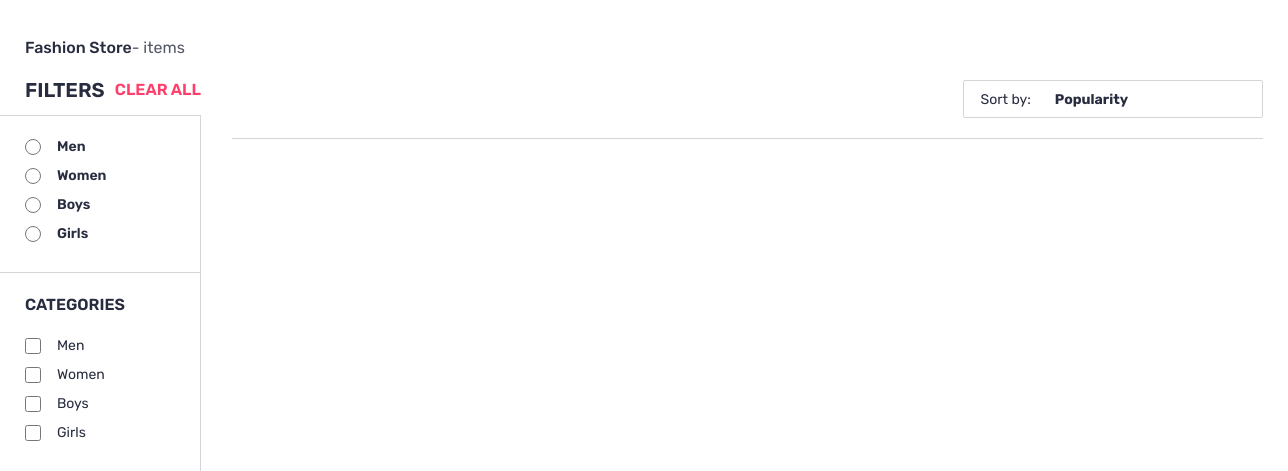
Repository: litaiqiang1407/Khanh-FashionStore
Page: /
An editor plug-in stored every save of this project. The page is shown before and after the next save, followed by the edit.
The browser window is 1280 px wide. The page is 1288 px wide, so the pictures cover 1288 px, including what lies to the right of the window. The pictures show the part of the page from y = 1080 to 1551 px (the page is 1551 px tall).
The page's requests for data from a server got no answer. The project was rebuilt for these pictures with package versions that can differ from the ones it lists, and the page was loaded fresh each time. No one was signed in, and anything a server would have sent is missing.

Above is the page before, as saved 2024-04-14 08:29:26.

### public/index.html
<!DOCTYPE html>
<html lang="en">
  <head>
    <meta charset="utf-8" />
    <link
      rel="icon"
      href="https://cdn.dribbble.com/userupload/7899795/file/original-7c498c1b6e9bb43ac93fe5918fafdf99.jpg?resize=1200x1200"
    />
    <meta name="viewport" content="width=device-width, initial-scale=1" />
    <title>Fashion Store</title>
    <link
      href="https://cdn.jsdelivr.net/npm/bootstrap@5.3.3/dist/css/bootstrap.min.css"
      rel="stylesheet"
      integrity="sha384-QWTKZyjpPEjISv5WaRU9OFeRpok6YctnYmDr5pNlyT2bRjXh0JMhjY6hW+ALEwIH"
      crossorigin="anonymous"
    />
  </head>
  <body>
    <div id="root"></div>
    <script
      src="https://cdn.jsdelivr.net/npm/bootstrap@5.3.3/dist/js/bootstrap.bundle.min.js"
      integrity="sha384-YvpcrYf0tY3lHB60NNkmXc5s9fDVZLESaAA55NDzOxhy9GkcIdslK1eN7N6jIeHz"
      crossorigin="anonymous"
    ></script>
  </body>
</html>

### src/index.js
import React from "react";
import ReactDOM from "react-dom/client";

import App from "./App";
import reportWebVitals from "./reportWebVitals";
import { GlobalStyles } from "./components";

const root = ReactDOM.createRoot(document.getElementById("root"));
root.render(
  <React.StrictMode>
    <GlobalStyles>
      {" "}
      <App />
    </GlobalStyles>
  </React.StrictMode>
);

// If you want to start measuring performance in your app, pass a function
// to log results (for example: reportWebVitals(console.log))
// or send to an analytics endpoint. Learn more: https://bit.ly/CRA-vitals
reportWebVitals();

### src/App.js
import { BrowserRouter as Router, Routes, Route } from "react-router-dom";
import { publicRoutes } from "./routes";
import { Fragment } from "react";

function App() {
  return (
    <Router>
      <div className="App">
        <Routes>
          {publicRoutes.map((route, index) => {
            let Layout = route.layout;
            let MiniLayout = route.miniLayout;

            if (!route.layout) {
              Layout = Fragment;
            }

            if (!route.miniLayout) {
              MiniLayout = Fragment;
            }

            const Page = route.component;
            return (
              <Route
                key={index}
                path={route.path}
                element={
                  <Layout>
                    <MiniLayout>
                      <Page />
                    </MiniLayout>
                  </Layout>
                }
              />
            );
          })}
        </Routes>
      </div>
    </Router>
  );
}

export default App;

### src/components/index.js
export { default as GlobalStyles } from "./GlobalStyles";

### src/routes/index.js
import { UserLayout } from "~/components/Layout";
import { Home } from "~/pages";

const publicRoutes = [
  {
    path: "/",
    component: Home,
    layout: UserLayout,
  },
];

const privateRoutes = [];

export { publicRoutes, privateRoutes };

### src/components/Layout/index.js
export { default as UserLayout } from "./UserLayout";

### src/components/GlobalStyles/GlobalStyles.scss
@import "normalize.css";
@import url("https://fonts.googleapis.com/css2?family=Rubik:ital,wght@0,300..900;1,300..900&display=swap");

:root {
  --black: #000;
  --white: #fff;
  --gray: #f5f5f6;
  --primary-color: #ff3e6c;
  --primary-text-color: #282c3f;
  --secondary-text-color: #535766;
  --primary-border-color: #d4d5d9;
  --price: #ff3e6c;
}

* {
  box-sizing: border-box;
}

html {
  font-size: 62.5%;
}

body {
  font-family: "Rubik", sans-serif;
  font-size: 1.6rem;
  line-height: 1.5;
  text-rendering: optimizeSpeed;
}

body::-webkit-scrollbar {
  display: none;
}

button,
input,
[tabindex] {
  border: none;
  outline: none;
  &:focus {
    outline: none;
  }
}

a[href] {
  text-decoration: none;
  color: var(--text-black-color);
}

ul {
  list-style-type: none;
  padding: 0;
  margin: 0;
}

### src/components/Layout/UserLayout/index.js
import { Header } from "../Components";

function UserLayout({ children }) {
  return (
    <div>
      <Header />
      {children}
    </div>
  );
}

export default UserLayout;

### src/pages/Home/index.js
import Banner from "./Banner";
import Products from "./Products";

function Home() {
  return (
    <div>
      <Banner />
      <Products />
    </div>
  );
}

export default Home;

### src/pages/Home/Banner/index.js
import { Carousel, Container, Image } from "react-bootstrap";

import classNames from "classnames/bind";
import styles from "./Banner.module.scss";

const cx = classNames.bind(styles);

function Banner() {
  return (
    // <div className={cx("banner")}>
    //   <Image
    //     className={cx("banner-img")}
    //     src="https://assets.myntassets.com/f_webp,w_980,c_limit,fl_progressive,dpr_2.0/assets/images/2022/7/25/9be788ff-39a4-4214-99d0-fc97505aae5a1658752545685-USPA_Desk_Banner.jpg"
    //   />
    // </div>
    <Carousel className={cx("banner")}>
      <Carousel.Item interval={1000}>
        <Image
          className={cx("banner-img")}
          src="https://assets.myntassets.com/f_webp,w_980,c_limit,fl_progressive,dpr_2.0/assets/images/2022/7/25/9be788ff-39a4-4214-99d0-fc97505aae5a1658752545685-USPA_Desk_Banner.jpg"
        />
      </Carousel.Item>
      <Carousel.Item interval={1000}>
        <Image
          className={cx("banner-img")}
          src="https://assets.myntassets.com/f_webp,w_980,c_limit,fl_progressive,dpr_2.0/assets/images/2022/7/25/b656a7f4-4688-4997-bb7c-54b78793981e1658752386588-Western-Wear_Desk.jpg"
        />
      </Carousel.Item>
      <Carousel.Item interval={1000}>
        <Image
          className={cx("banner-img")}
          src="https://assets.myntassets.com/f_webp,w_980,c_limit,fl_progressive,dpr_2.0/assets/images/2022/5/31/4031994d-9092-4aa7-aea1-f52f2ae5194f1654006594976-Activewear_DK.jpg"
        />
      </Carousel.Item>
    </Carousel>
  );
}

export default Banner;

### src/pages/Home/Products/index.js
import { useEffect, useState } from "react";
import { interactData } from "~/functions/interactData";

import classNames from "classnames/bind";
import styles from "./Products.module.scss";
import { Col, Form, Row } from "react-bootstrap";
import { Link } from "react-router-dom";
const cx = classNames.bind(styles);

function Products() {
  const [products, setProducts] = useState([]);
  const [displayedProducts, setDisplayedProducts] = useState(20);
  const productsURL = "http://localhost/fashion-store/api/Products.php";

  useEffect(() => {
    interactData(productsURL, "GET", null, setProducts);
  }, []);

  const loadMoreProducts = () => {
    setDisplayedProducts(displayedProducts + 20);
  };
  return (
    <div className={cx("products")}>
      <div className={cx("header")}>
        <h1 className={cx("header-title")}>Fashion Store</h1>
        <span className={cx("header-count")}>{` - items`}</span>
      </div>
      <div className={cx("body")}>
        <Row>
          <Col lg={2} className={cx("filter")}>
            <div className={cx("filter-header")}>
              <span className={cx("filter-header__title")}>FILTERS</span>
              <span className={cx("filter-header__clear")}>CLEAR ALL</span>
            </div>
            <div className={cx("filter-body")}>
              <div className={cx("filter-gender")}>
                <ul className={cx("gender-list")}>
                  <li className={cx("gender-item")}>
                    <label className={cx("item-label")}>
                      <input
                        name="gender-item"
                        type="radio"
                        className={cx("item-input")}
                      />
                      <span className={cx("item-value")}>Men</span>
                    </label>
                  </li>
                  <li className={cx("gender-item")}>
                    <label className={cx("item-label")}>
                      <input
                        name="gender-item"
                        type="radio"
                        className={cx("item-input")}
                      />
                      <span className={cx("item-value")}>Women</span>
                    </label>
                  </li>
                  <li className={cx("gender-item")}>
                    <label className={cx("item-label")}>
                      <input
                        name="gender-item"
                        type="radio"
                        className={cx("item-input")}
                      />
                      <span className={cx("item-value")}>Boys</span>
                    </label>
                  </li>
                  <li className={cx("gender-item")}>
                    <label className={cx("item-label")}>
                      <input
                        name="gender-item"
                        type="radio"
                        className={cx("item-input")}
                      />
                      <span className={cx("item-value")}>Girls</span>
                    </label>
                  </li>
                </ul>
              </div>
              <div className={cx("filter-category")}>
                <span className={cx("category-title")}>CATEGORIES</span>
                <ul className={cx("category-list")}>
                  <li className={cx("category-item")}>
                    <label className={cx("item-label")}>
                      <input
                        name="category-item"
                        type="checkbox"
                        className={cx("item-input")}
                      />
                      <span className={cx("item-value")}>Men</span>
                    </label>
                  </li>
                  <li className={cx("category-item")}>
                    <label className={cx("item-label")}>
                      <input
                        name="category-item"
                        type="checkbox"
                        className={cx("item-input")}
                      />
                      <span className={cx("item-value")}>Women</span>
                    </label>
                  </li>
                  <li className={cx("category-item")}>
                    <label className={cx("item-label")}>
                      <input
                        name="category-item"
                        type="checkbox"
                        className={cx("item-input")}
                      />
                      <span className={cx("item-value")}>Boys</span>
                    </label>
                  </li>
                  <li className={cx("category-item")}>
                    <label className={cx("item-label")}>
                      <input
                        name="category-item"
                        type="checkbox"
                        className={cx("item-input")}
                      />
                      <span className={cx("item-value")}>Girls</span>
                    </label>
                  </li>
                </ul>
              </div>
            </div>
          </Col>
          <Col lg={10} className={cx("product")}>
            <div className={cx("product-header")}>
              <div className={cx("sort-by")}>
                <span className={cx("sort-by__title")}>Sort by:</span>
                <span className={cx("sort-by__value")}>Popularity</span>
              </div>
            </div>
            <div className={cx("product-body")}>
              <ul className={cx("product-list")}>
                {products.slice(0, displayedProducts).map((product) => (
                  <li className={cx("product-item")} key={product.ID}>
                    <Link to="/product/1" className={cx("item-link")}>
                      <img
                        src={product.Image}
                        alt={product.Name}
                        className={cx("product-img")}
                        loading="lazy" // lazy load images
                      />
                      <div className={cx("product-info")}>
                        <p className={cx("product-brand")}>{product.Brand}</p>
                        <p className={cx("product-name")}>{product.Name}</p>
                        <p className={cx("product-price")}>${product.Price}</p>
                      </div>
                    </Link>
                  </li>
                ))}
              </ul>
            </div>
          </Col>
        </Row>
      </div>
    </div>
  );
}

export default Products;

### src/components/Layout/Components/Header/index.js
import classNames from "classnames/bind";
import styles from "./Header.module.scss";
import { Col, Container, Navbar, Row, Nav } from "react-bootstrap";
import { Link } from "react-router-dom";
import { FontAwesomeIcon } from "@fortawesome/react-fontawesome";
import {
  faBagShopping,
  faHeart,
  faMagnifyingGlass,
  faUser,
} from "@fortawesome/free-solid-svg-icons";

const cx = classNames.bind(styles);

function Header() {
  return (
    <header className={cx("header")}>
      <Container className={cx("header-container")}>
        <Row className={cx("header-row")}>
          <Col lg={6} className={cx("header-col")}>
            <Navbar style={{ padding: 0 }}>
              <Navbar.Brand href="/" className={cx("header-logo")}>
                <img
                  src="https://cdn.dribbble.com/userupload/7899795/file/original-7c498c1b6e9bb43ac93fe5918fafdf99.jpg?resize=1200x1200"
                  alt="Logo"
                  className={cx("logo")}
                />
              </Navbar.Brand>
              <Navbar expand="lg" className={cx("navbar-header")}>
                <Nav className="mx-auto" style={{ height: "80px" }}>
                  <Link className={cx("nav-link")} to="/furniture">
                    MEN
                  </Link>
                  <Link className={cx("nav-link")} to="/lighting">
                    WOMEN
                  </Link>
                  <Link className={cx("nav-link")} to="/home-decor">
                    KIDS
                  </Link>
                  <Link className={cx("nav-link")} to="/outdoor-items">
                    HOME & LIVING
                  </Link>
                  <Link className={cx("nav-link")} to="/bathroom-items">
                    BEAUTY
                  </Link>
                </Nav>
              </Navbar>
            </Navbar>
          </Col>
          <Col lg={6} className={cx("header-col")}>
            <Row className={cx("header-options")}>
              <Col lg={8}>
                <div className={cx("header-search")}>
                  <FontAwesomeIcon
                    icon={faMagnifyingGlass}
                    className={cx("search-icon")}
                  />
                  <input
                    type="text"
                    placeholder="Search for products, brands, and more..."
                    className={cx("search-input")}
                  />
                </div>
              </Col>
              <Col lg={4} className={cx("header-actions")}>
                <Link to="/login">
                  <FontAwesomeIcon
                    className={cx("action-icon")}
                    icon={faUser}
                  />
                </Link>
                <Link to="/wishlist">
                  <FontAwesomeIcon
                    className={cx("action-icon")}
                    icon={faHeart}
                  />
                </Link>
                <Link to="/cart">
                  <FontAwesomeIcon
                    className={cx("action-icon")}
                    icon={faBagShopping}
                  />
                </Link>
              </Col>
            </Row>
          </Col>
        </Row>
      </Container>
    </header>
  );
}

export default Header;

### src/pages/Home/Banner/Banner.module.scss
@import "~bootstrap/scss/bootstrap";

.banner {
  padding: 0;
  .banner-img {
    width: 100%;
  }
}

### src/functions/interactData.js
import axios from "axios"; // Import the axios library to make requests

// Function to interact with the API
const interactData = (url, method, data, setData) => {
  axios({
    method: method, // GET, POST, PUT, DELETE
    url: url, // API endpoint
    data: new URLSearchParams(data), // Data to send in the body of the request
    headers: { "Content-Type": "application/x-www-form-urlencoded" }, // Headers
  })
    .then((response) => {
      console.log("Sending request with data:", data);
      setData(response.data); // Set the data from the response
    })
    .catch((error) => {
      console.error("Error fetching data: ", error);
    });
};

export { interactData };

### src/pages/Home/Products/Products.module.scss
@import "~bootstrap/scss/bootstrap";

.products {
  margin-top: 40px;

  .header {
    display: flex;
    margin-left: 25px;

    .header-title {
      font-size: 1.6rem;
      color: var(--primary-text-color);
      margin: 0;
      line-height: 16px;
    }

    .header-count {
      font-size: 1.6rem;
      color: var(--secondary-text-color);
      line-height: 16px;
    }
  }

  .body {
    margin-top: 24px;
    .filter-header {
      margin: 0 0 15px 25px;
      height: 20px;
      display: flex;
      justify-content: space-between;
      align-items: center;

      .filter-header__title {
        font-size: 2rem;
        color: var(--primary-text-color);
        font-weight: 600;
      }
      .filter-header__clear {
        font-size: 1.6rem;
        color: var(--primary-color);
        font-weight: 600;
      }
    }

    .filter-gender {
      padding: 20px 0 20px 25px;
      border-top: 1px solid var(--primary-border-color);
      border-right: 1px solid var(--primary-border-color);

      .gender-list {
        padding: 0;
        margin: 0;

        .gender-item {
          margin-bottom: 8px;
          .item-label {
            display: flex;
            align-items: center;
            .item-input {
              width: 16px;
              height: 16px;
            }

            .item-value {
              margin-left: 16px;
              font-size: 1.4rem;
              color: var(--primary-text-color);
              font-weight: 600;
            }
          }
        }
      }
    }

    .filter-category {
      padding: 20px 0 20px 25px;
      border-top: 1px solid var(--primary-border-color);
      border-right: 1px solid var(--primary-border-color);

      .category-title {
        display: block;
        margin: 0 0 18px;
        font-size: 1.6rem;
        color: var(--primary-text-color);
        font-weight: 600;
      }
      .category-list {
        padding: 0;
        margin: 0;

        .category-item {
          margin-bottom: 8px;
          .item-label {
            display: flex;
            align-items: center;
            .item-input {
              width: 16px;
              height: 16px;
            }

            .item-value {
              margin-left: 16px;
              font-size: 1.4rem;
              color: var(--primary-text-color);
            }
          }
        }
      }
    }

    .product {
      padding: 0 24px;
      .product-header {
        display: flex;
        justify-content: flex-end;
        align-items: center;
        padding-bottom: 20px;
        border-bottom: 1px solid var(--primary-border-color);

        .sort-by {
          display: flex;
          align-items: center;
          width: 300px;
          height: 38px;
          border: 1px solid var(--primary-border-color);
          border-radius: 2px;
          padding-left: 16px;

          .sort-by__title {
            color: var(--primary-text-color);
            margin-right: 24px;
            font-size: 1.4rem;
          }

          .sort-by__value {
            color: var(--primary-text-color);
            font-size: 1.4rem;
            font-weight: 700;
          }
        }
      }

      .product-body {
        margin-top: 20px;
        .product-list {
          margin: 0;
          padding: 0;
          display: flex;
          flex-wrap: wrap;
          justify-content: space-between;
          .product-item {
            margin-bottom: 16px;
            transition: all 0.3s ease;
            overflow: hidden;

            &:hover {
              transform: scale(1.05);
              border: 1px solid var(--primary-color);
            }
            .item-link {
              transition: transform 0.2s;

              &:hover {
                transform: scale(1.1);
              }
              .product-img {
                width: 210px;
                height: 280px;
              }

              .product-info {
                margin-top: 12px;
                padding: 0 10px;

                .product-brand {
                  color: var(--primary-text-color);
                  font-size: 1.6rem;
                  font-weight: 600;
                }
                .product-name {
                  color: var(--primary-text-color);
                  font-size: 1.4rem;
                }
                .product-price {
                  color: var(--price);
                  font-size: 1.6rem;
                  font-weight: 600;
                }
              }
            }
          }
        }
      }
    }
  }
}

### src/components/Layout/Components/Header/Header.module.scss
@import "~bootstrap/scss/bootstrap";

.header {
  height: 80px;
  position: sticky;
  top: 0;
  z-index: 1000;
  background-color: var(--white);
  box-shadow: 0 2px 4px rgba(0, 0, 0, 0.1);
  margin-bottom: 40px;

  .header-container {
    padding: 0;

    .header-row {
      padding: 0;

      .header-col {
        padding: 0;

        .header-logo {
          padding: 0;

          .logo {
            height: 80px;
            width: 80px;
          }
        }

        .navbar-header {
          height: 80px;
          .nav-link {
            height: 100%;
            padding: 0 16px;
            font-size: 1.4rem;
            font-weight: 600;
            line-height: 80px;
            color: var(--primary-text-color);

            &:hover {
              color: var(--primary-color);
              border-bottom: 3px solid var(--primary-color);
            }
          }
        }
      }

      .header-options {
        padding: 20px 0;
        height: 80px;

        .header-search {
          height: 40px;
          padding: 12px 10px;
          display: flex;
          align-items: center;
          background-color: var(--gray);
          border: 1px solid transparent;
          border-radius: 4px;

          &:focus-within {
            background-color: var(--white);
            border: 1px solid var(--primary-color);
          }

          .search-icon {
            font-size: 1.6rem;
            color: var(--secondary-text-color);
            margin-right: 12px;
          }

          .search-input {
            width: 90%;
            font-size: 1.6rem;
            color: var(--secondary-text-color);
            background-color: var(--gray);

            &:focus {
              background-color: var(--white);
            }
          }
        }

        .header-actions {
          display: flex;
          justify-content: flex-end;
          align-items: center;

          .action-icon {
            margin-left: 32px;
            font-size: 2rem;

            &:hover {
              color: var(--primary-color);
            }
          }
        }
      }
    }
  }
}

Loaded but not shown: src/reportWebVitals.js (common file); src/components/GlobalStyles/index.js (common file); src/pages/index.js (common file); src/components/Layout/Components/index.js (common file)

After the next save:
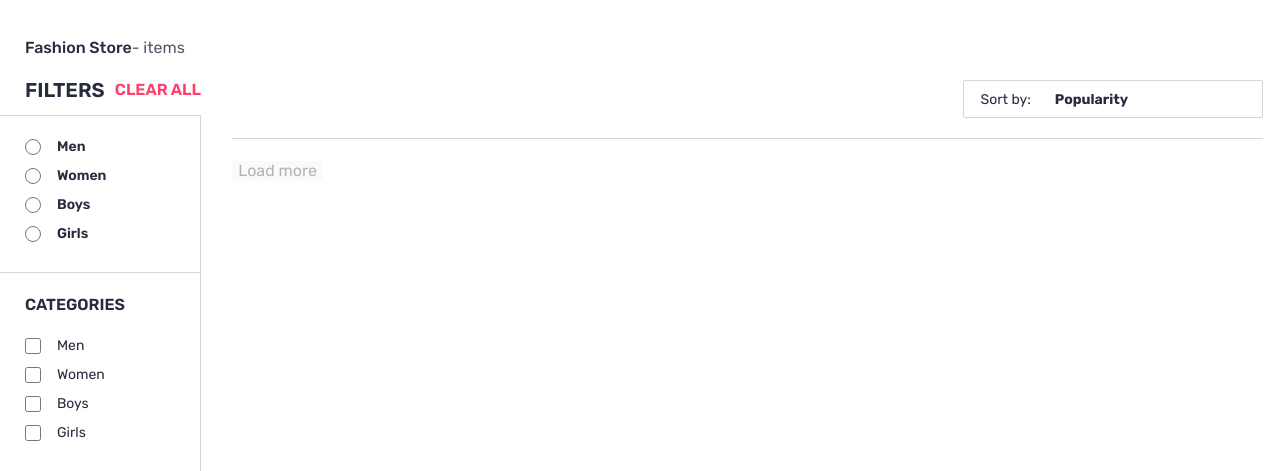
Saved 2 h 12 min later.
--- a/src/pages/Home/Products/index.js
+++ b/src/pages/Home/Products/index.js
@@ -152,6 +152,15 @@ function Products() {
                 ))}
               </ul>
             </div>
+            <div className={cx("product-footer")}>
+              <button
+                className={cx("load-more")}
+                onClick={loadMoreProducts}
+                disabled={displayedProducts >= products.length}
+              >
+                Load more
+              </button>
+            </div>
           </Col>
         </Row>
       </div>
